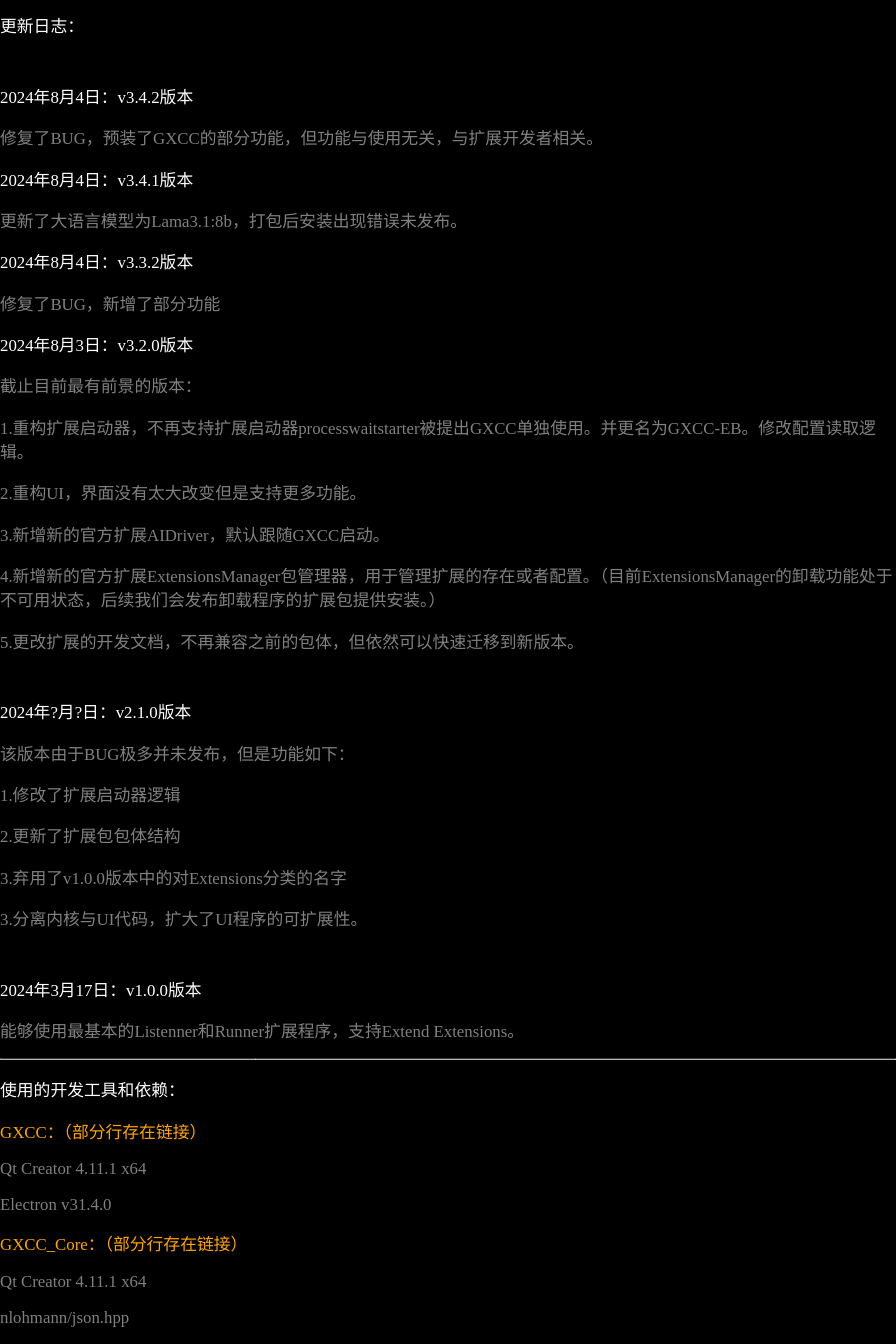
Repository: Lisu-Liso/GXCC
Page: index.html
The author's editor kept a copy of each file at every save. The page is drawn from the files as they stood at one save, then again after the next save.
The browser window is 1280 px wide. The pictures show the part of the page from y = 776 to 2696 px (the page is 3771 px tall before and 3889 px after), at 70% of full size.

Above is the page before, as saved 2024-10-01 12:23:02.

### index.html
<!DOCTYPE html>
<html lang="zh">
    <head>
        <meta http-equiv="Content-Type" content="text/html;charset=utf-8">
        <title>GXCC - GralleoX Studio</title>
        <link rel="stylesheet" type="text/css" href="./header.css">
        <link rel="shortcut icon" href="./GralleoX logo v2 web.ico">
        <style>
            body{
                overflow        : scroll;
                background-color: black;
                top             : 0;
                bottom          : 0;
                left            : 0;
                right           : 0;
                margin-top      : 100px;
                margin-bottom   : 0;
                margin-left     : 0;
                margin-right    : 0;
                user-select     : none;
            }
            ::-webkit-scrollbar{display: none;}
            .getin_screen{
                position        : fixed;
                top             : 0;
                bottom          : 0;
                left            : 0;
                right           : 0;
                background-color: rgba(0,0,0,0);
                color           : rgba(0,0,0,0);
                animation       : getinanimation 4s ease-in-out;
                text-align      : center;
                display         : table-cell;
            }
            @keyframes getinanimation{
                0% {
                    background-color       : rgba(255,255,255,1);
                    color                  : black;
                    backdrop-filter        : blur(15px);
                    -webkit-backdrop-filter: blur(15px);
                }
                40% {
                    background-color       : rgba(255,255,255,0.5);
                    color                  : black;
                    backdrop-filter        : blur(15px);
                    -webkit-backdrop-filter: blur(15px);
                }
                70% {
                    background-color       : rgba(255,255,255,0.5);
                    color                  : black;
                    backdrop-filter        : blur(15px);
                    -webkit-backdrop-filter: blur(15px);
                }
                100% {
                    background-color       : rgba(0,0,0,0);
                    color                  : rgba(0,0,0,0);
                    backdrop-filter        : blur(0px);
                    -webkit-backdrop-filter: blur(0px);
                }
            }
            .download_block{
                position               : fixed;
                top                    : 100px;
                left                   : 100px;
                right                  : 100px;
                bottom                 : 100px;
                margin-top             : 10px;
                margin-left            : 10px;
                margin-right           : 10px;
                margin-bottom          : 10px;
                background-color       : rgba(255,255,255,0.5);
                backdrop-filter        : blur(15px);
                -webkit-backdrop-filter: blur(15px);
                border-radius          : 100px;
                box-shadow             : 0 20px 50px rgba(0,0,0,0.2);
            }
            @keyframes blockout{
                0% {
                    background-color       : rgba(255,255,255,0);
                    backdrop-filter        : blur(0px);
                    -webkit-backdrop-filter: blur(0px);
                    box-shadow             : 0 20px 50px rgba(0,0,0,0);
                    opacity                : 0;
                }
                100% {
                    background-color       : rgba(255,255,255,0.5);
                    backdrop-filter        : blur(15px);
                    -webkit-backdrop-filter: blur(15px);
                    box-shadow             : 0 20px 50px rgba(0,0,0,0.2);
                    opacity                : 1;
                }
            }
            @keyframes blockquite{
                0% {
                    background-color       : rgba(255,255,255,0.5);
                    backdrop-filter        : blur(15px);
                    -webkit-backdrop-filter: blur(15px);
                    box-shadow             : 0 20px 50px rgba(0,0,0,0.2);
                    opacity                : 1;
                }
                100% {
                    background-color       : rgba(255,255,255,0);
                    backdrop-filter        : blur(0px);
                    -webkit-backdrop-filter: blur(0px);
                    box-shadow             : 0 20px 50px rgba(0,0,0,0);
                    opacity                : 0;
                }
            }
            .header-float{
                position: fixed;
                top     : 0;
                left    : 0;
                right   : 0;
                width   : 100%;
            }
            .black_board{
                position               : fixed;
                top                    : 80px;
                left                   : 0;
                right                  : 0;
                bottom                 : 0;
                margin-top             : 0;
                margin-left            : 0;
                margin-right           : 0;
                margin-bottom          : 0;
                backdrop-filter        : blur(15px);
                -webkit-backdrop-filter: blur(15px);
                background-color       : rgba(0,0,0,0.3);
            }
            @keyframes boardout{
                0% {
                    backdrop-filter        : blur(0px);
                    -webkit-backdrop-filter: blur(0px);
                    background-color       : rgba(0,0,0,0);
                }
                100% {
                    backdrop-filter        : blur(15px);
                    -webkit-backdrop-filter: blur(15px);
                    background-color       : rgba(0,0,0,0.3);
                }
            }
            @keyframes boardquite{
                0% {
                    backdrop-filter        : blur(15px);
                    -webkit-backdrop-filter: blur(15px);
                    background-color       : rgba(0,0,0,0.3);
                }
                100% {
                    backdrop-filter        : blur(0px);
                    -webkit-backdrop-filter: blur(0px);
                    background-color       : rgba(0,0,0,0);
                }
            }
            .newbutton{
                background   : linear-gradient(75deg,rgba(145, 202, 240, 0.75),rgba(248, 102, 248, 0.75));
                border-radius: 20px;
                text-align   : center;
                cursor       : pointer;
            }
            :root {
                --rainbow-gradient: linear-gradient(-90deg,#adfbda 0,#35c3ff 30%,#fda399 50%,#76d880 70%,#ebf38b 90%,#adfbda 100%);
            }
            .article-header--title {
                background-image       : var(--rainbow-gradient,#fff);
                background-size        : 100%;
                background-repeat      : repeat;
                background-clip        : text;
                -webkit-background-clip: text;
                -webkit-text-fill-color: transparent;
                -moz-background-clip   : text;
                -moz-text-fill-color   : transparent;
                filter                 : drop-shadow(0 0 2rpx #000);
                text-shadow            : none!important;
                cursor                 : pointer;
            }
            a{
                text-decoration: none;
            }
            font{
                cursor : default;
            }
            .backgroundimage{
                position: fixed;
                top     : 0;
                left    : 0;
                right   : 0;
                width   : 100%;
                height  : 100%;
                z-index: -1;
            }
            .normaltext{
                font-size: 18pt;
                color: white;
            }
            .smallnormaltext{
                font-size: 12pt;
                color: white;
            }
        </style>
    </head>
    <body>
        <canvas id="bgCanvas" class="backgroundimage"></canvas>
        <script>
            // 获取画布
            var canvas = document.getElementById('bgCanvas');
            var ctx = canvas.getContext('2d');

            // 设置画布尺寸与窗口大小一致
            canvas.width = window.innerWidth;
            canvas.height = window.innerHeight;

            // 创建一个数组用于存储星星的信息
            var stars = [];

            // 创建星星对象
            function Star(x, y, radius, color, speed) {
                this.x = x;
                this.y = y;
                this.radius = radius;
                this.color = color;
                this.speed = speed;
            }

            // 初始化星星
            function init() {
                for (var i = 0; i < 200; i++) {
                    var x = Math.random() * canvas.width;
                    var y = Math.random() * canvas.height;
                    var radius = Math.random() * 2;
                    var color = 'white';
                    var speed = Math.random() * 0.5;

                    stars.push(new Star(x, y, radius, color, speed));
                }
            }

            // 绘制星星
            function drawStars() {
                ctx.clearRect(0, 0, canvas.width, canvas.height);

                for (var i = 0; i < stars.length; i++) {
                    var star = stars[i];

                    ctx.beginPath();
                    ctx.arc(star.x, star.y, star.radius, 0, Math.PI * 2);
                    ctx.fillStyle = star.color;
                    ctx.fill();
                }
            }

            // 更新星星位置
            function updateStars() {
                for (var i = 0; i < stars.length; i++) {
                    var star = stars[i];

                    star.x += star.speed;

                    if (star.x > canvas.width) {
                        star.x = 0;
                    }
                }
            }

            // 动画循环
            function animate() {
                requestAnimationFrame(animate);

                drawStars();
                updateStars();
            }

            // 初始化并启动动画
            init();
            animate();
        </script>
        <div style="text-align:center;top:0;left:0;right:0;"><font size="7"color="white">这里是GXCC中文官网！</font></div>
        <p class="normaltext" style="color: orange;">通知：开发者目前需要上学，开发进度受阻，更新频率和修复BUG频率均会降低</p>
        <p class="normaltext" style="color: orange;">重要声明：GXCC4将开放UI设计，并且我们会使用Electron重构软件界面，软件界面会得到前所未有的美化。</p>
        <p class="normaltext">GXCC3和GXCC3开发者文档下载链接</p>
        <a class="newbutton" onclick="join_us()"><font class="article-header--title" size="7">Download</font></a>
        <div class="black_board" id="bb"></div>
        <div class="download_block" id="download_block">
            <div style="text-align: center">
                <a class="newbutton" onclick="close_download_block()"><font class="article-header--title" size="7">点击关闭此框</font></a>
            </div>
            <div style="margin-left: 1cm;">
                <font size="7" color="black">这里是下载链接</font>
                <br>
                <font class="normaltext" style="color:red;">如果杀毒软件报告有病毒请忽略，此软件已经经过Microsoft Defender检测，360纯属误报。</font>
                <br>
                <font class="smallnormaltext" style="color: #76d880;">软件声明：您对AI说过的一切内容由你本地的计算机进行计算和处理，无需上传网络，请放心共享您的信息。出于运行需要，你对AI分享的信息会被作为日志保存在AIDriver扩展的文件夹中的日志文件中，如果你需要清除这些信息，请不要删除这些文件。请打开文件并写入‘1’作为占位，否则会影响AIDriver的正常运行。</font>
                <br>
                <a class="normaltext newbutton" href="https://github.com/Lisu-Liso/GXCC/releases">Link</a>
            </div>
        </div>
        <hr/>
        <br>
        <p class="normaltext">软件简介：</p>
        <br>
        <p class="normaltext">GXCC是GralleoX Studio Central Controller的简称，是一款集中控制器软件。这款软件可以使用任何为GXCC开发的扩展程序，并给予GXCC扩展程序之间的调度。GXCC可任意控制任何与Windows电脑相连的组件（无线或有线连接），Windows上的系统功能和程序等。GXCC会持续更新。</p>
        <br>
        <hr/>
        <br>
        <p class="normaltext">更新日志：</p>
        <br>
        <p class="normaltext">2024年8月4日：v3.4.2版本</p>
        <p class="normaltext" style="color: grey;">修复了BUG，预装了GXCC的部分功能，但功能与使用无关，与扩展开发者相关。</p>
        <p class="normaltext">2024年8月4日：v3.4.1版本</p>
        <p class="normaltext" style="color: grey;">更新了大语言模型为Lama3.1:8b，打包后安装出现错误未发布。</p>
        <p class="normaltext">2024年8月4日：v3.3.2版本</p>
        <p class="normaltext" style="color: grey;">修复了BUG，新增了部分功能</p>
        <p class="normaltext">2024年8月3日：v3.2.0版本</p>
        <p class="normaltext" style="color: grey;">截止目前最有前景的版本：</p>
        <p class="normaltext" style="color: grey;">1.重构扩展启动器，不再支持扩展启动器processwaitstarter被提出GXCC单独使用。并更名为GXCC-EB。修改配置读取逻辑。</p>
        <p class="normaltext" style="color: grey;">2.重构UI，界面没有太大改变但是支持更多功能。</p>
        <p class="normaltext" style="color: grey;">3.新增新的官方扩展AIDriver，默认跟随GXCC启动。</p>
        <p class="normaltext" style="color: grey;">4.新增新的官方扩展ExtensionsManager包管理器，用于管理扩展的存在或者配置。（目前ExtensionsManager的卸载功能处于不可用状态，后续我们会发布卸载程序的扩展包提供安装。）</p>
        <p class="normaltext" style="color: grey;">5.更改扩展的开发文档，不再兼容之前的包体，但依然可以快速迁移到新版本。</p>
        <br>
        <p class="normaltext">2024年?月?日：v2.1.0版本</p>
        <p class="normaltext" style="color: grey;">该版本由于BUG极多并未发布，但是功能如下：</p>
        <p class="normaltext" style="color: grey;">1.修改了扩展启动器逻辑</p>
        <p class="normaltext" style="color: grey;">2.更新了扩展包包体结构</p>
        <p class="normaltext" style="color: grey;">3.弃用了v1.0.0版本中的对Extensions分类的名字</p>
        <p class="normaltext" style="color: grey;">3.分离内核与UI代码，扩大了UI程序的可扩展性。</p>
        <br>
        <p class="normaltext">2024年3月17日：v1.0.0版本</p>
        <p class="normaltext" style="color: grey;">能够使用最基本的Listenner和Runner扩展程序，支持Extend Extensions。</p>
        <hr>
        <p class="normaltext">使用的开发工具和依赖：</p>
        <p class="normaltext" style="color:orange;">GXCC：（部分行存在链接）</p>
        <p class="normaltext" style="color:grey;">Qt Creator 4.11.1 x64</p>
        <p class="normaltext" style="color:grey;">Electron v31.4.0</p>
        <p class="normaltext" style="color:orange;">GXCC_Core：（部分行存在链接）</p>
        <p class="normaltext" style="color:grey;">Qt Creator 4.11.1 x64</p>
        <a href="https://github.com/nlohmann/json"><p class="normaltext" style="color:grey;">nlohmann/json.hpp</p></a>
        <p class="normaltext" style="color:orange;">GXCC-EB：（部分行存在链接）</p>
        <p class="normaltext" style="color:grey;">Qt Creator 4.11.1 x64</p>
        <a href="https://github.com/nlohmann/json"><p class="normaltext" style="color:grey;">nlohmann/json.hpp</p></a>
        <p class="normaltext" style="color:orange;">ExtensionInstaller：（部分行存在链接）</p>
        <p class="normaltext" style="color:grey;">TDM-GCC-64 10.3.0</p>
        <a href="https://github.com/nlohmann/json"><p class="normaltext" style="color:grey;">nlohmann/json.hpp</p></a>
        <p class="normaltext" style="color:orange;">test扩展-监听器示例：</p>
        <p class="normaltext" style="color:grey;">TDM-GCC-64 10.3.0</p>
        <p class="normaltext" style="color:orange;">test2扩展-执行器示例：</p>
        <p class="normaltext" style="color:grey;">TDM-GCC-64 10.3.0</p>
        <p class="normaltext" style="color:orange;">ExtensionsManager：（部分行存在链接）</p>
        <p class="normaltext" style="color:grey;">Qt Creator 4.11.1 x64</p>
        <a href="https://github.com/nlohmann/json"><p class="normaltext" style="color:grey;">nlohmann/json.hpp</p></a>
        <p class="normaltext" style="color: brown;">ExtensionInstaller</p>
        <p class="normaltext" style="color: brown;">ExtensionUninstaller（未完成开发）</p>
        <p class="normaltext" style="color:orange;">AIDriver（GXCC3特色官方扩展）：（部分行存在链接）</p>
        <p class="normaltext" style="color:grey;">TDM-GCC-64 10.3.0</p>
        <p class="normaltext" style="color:grey;">Python 3.12 x64</p>
        <p class="normaltext" style="color:grey;">TDM-GCC-64 10.3.0</p>
        <p class="normaltext" style="color:grey;">Python 3.12 x64</p>

        <div class="headerblock">
            <div class="centertext"><font size="6">GralleoX Studio</font></div>
            <div class="lefttext"><font size="6">Spwaiter</font></div>
            <div class="righttext"><font size="6">2024</font></div>
        </div>
        <div class="getin_screen" id="getin">
            <font size="7" id="getintext">网站正在加载，请稍后...</font>
        </div>
    </body>
    <script type="text/javascript">
        let t = document.getElementById("download_block");
        t.style.display = "none";

        t = document.getElementById("bb");
        t.style.display = "none";
    </script>
    <script type="text/javascript">
        setTimeout(function(){
            let t = document.getElementById("getintext");
            t.innerHTML = "网站加载完毕，即将进入网站。";
            setTimeout(function(){
                let t = document.getElementById("getin");
                t.style.display = "none";
            },2000);
        },2000);
        function join_us(){
            let t = document.getElementById("download_block");
            t.style.display = "block";
            t.style.animation = "blockout 0.5s ease-in-out";

            t = document.getElementById("bb");
            t.style.display = "block";
            t.style.animation = "boardout 0.5s ease-in-out";
        }
        function close_download_block(){
            let t = document.getElementById("download_block");
            t.style.animation = "blockquite 0.5s ease-in-out";

            t = document.getElementById("bb");
            t.style.animation = "boardquite 0.5s ease-in-out";
            setTimeout(function(){
                let t = document.getElementById("download_block");
                t.style.display = "none";

                t = document.getElementById("bb");
                t.style.display = "none";
            },500);
        }
    </script>
</html>

### header.css
.headerblock{
    position               : fixed;
    top                    : 0px;
    left                   : 0px;
    right                  : 0px;
    margin-top             : 0px;
    margin-left            : 0px;
    margin-right           : 0px;
    width                  : 100%;
    height                 : 80px;
    background-color       : rgba(255,255,255,0.5);
    backdrop-filter        : blur(10px);
    -webkit-backdrop-filter: blur(10px);
    box-shadow             : 0 20px 50px rgba(0,0,0,0.2);
    align-items            : center;
}
.centertext{
    position    : fixed;
    top         : 0;
    left        : 0;
    right       : 0;
    margin-top  : 20px;
    margin-left : 20px;
    margin-right: 20px;
    text-align  : center;
    filter      : drop-shadow(0 0 2rem #000);
    text-shadow : none!important;
    color       : black;
}
.lefttext{
    position    : fixed;
    top         : 0;
    left        : 0;
    right       : 0;
    margin-top  : 20px;
    margin-left : 20px;
    margin-right: 20px;
    text-align  : left;
    filter      : drop-shadow(0 0 2rem #000);
    text-shadow : none!important;
    color       : black;
}
.righttext{
    position    : fixed;
    top         : 0;
    left        : 0;
    right       : 0;
    margin-top  : 20px;
    margin-left : 20px;
    margin-right: 20px;
    text-align  : right;
    filter      : drop-shadow(0 0 2rem #000);
    text-shadow : none!important;
    color       : black;
}

After the next save:
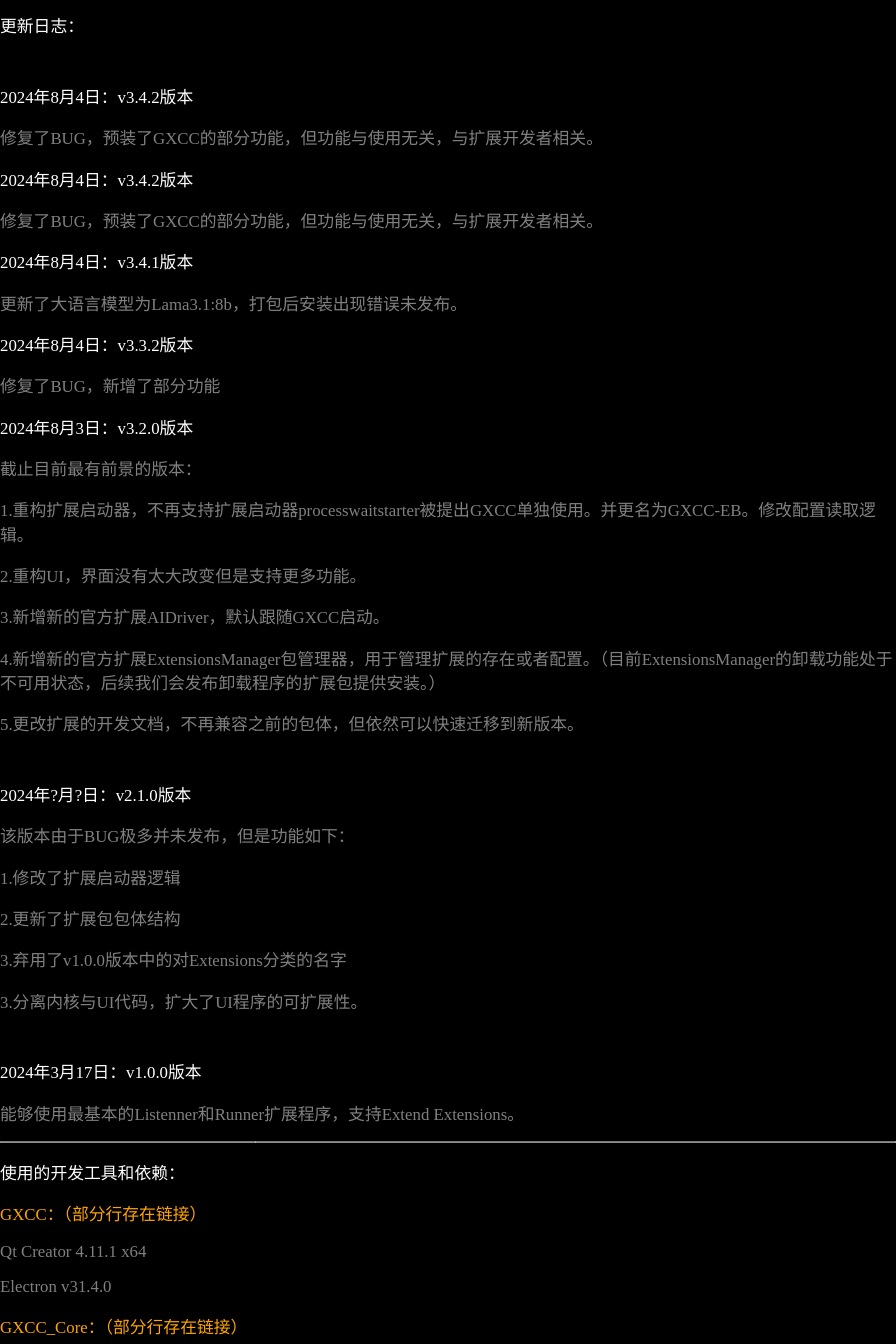
Saved 9 s later.
--- a/index.html
+++ b/index.html
@@ -303,6 +303,8 @@
         <br>
         <p class="normaltext">更新日志：</p>
         <br>
+        <p class="normaltext">2024年8月4日：v3.4.2版本</p>
+        <p class="normaltext" style="color: grey;">修复了BUG，预装了GXCC的部分功能，但功能与使用无关，与扩展开发者相关。</p>
         <p class="normaltext">2024年8月4日：v3.4.2版本</p>
         <p class="normaltext" style="color: grey;">修复了BUG，预装了GXCC的部分功能，但功能与使用无关，与扩展开发者相关。</p>
         <p class="normaltext">2024年8月4日：v3.4.1版本</p>
